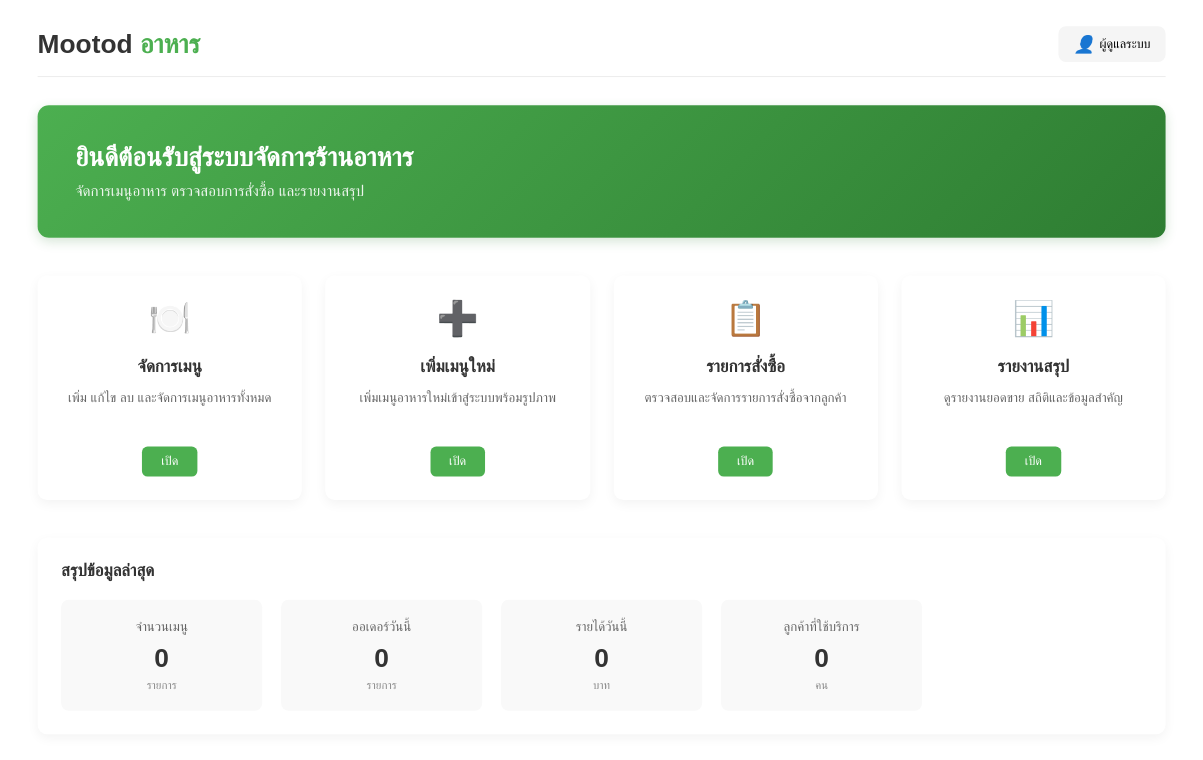
Repository: KwaunchaiJankaikot/mootod
Page: / (app in frontend/)
An editor plug-in stored every save of this project. The page is shown before and after a run of saves, followed by the edit.
The browser window is 1280 px wide. The pictures show the whole page, at 94% of full size.
The page's requests for data from a server got no answer. The project was rebuilt for these pictures with package versions that can differ from the ones it lists, and the page was loaded fresh each time. No one was signed in, and anything a server would have sent is missing. Also part of the build but not shown: frontend/vue.config.js, frontend/src/components/AddMenu.vue, frontend/src/components/MenuList.vue, frontend/src/components/EditMenu.vue.

Above is the page before, as saved 2025-04-19 23:09:51.

After the next 3 saves:
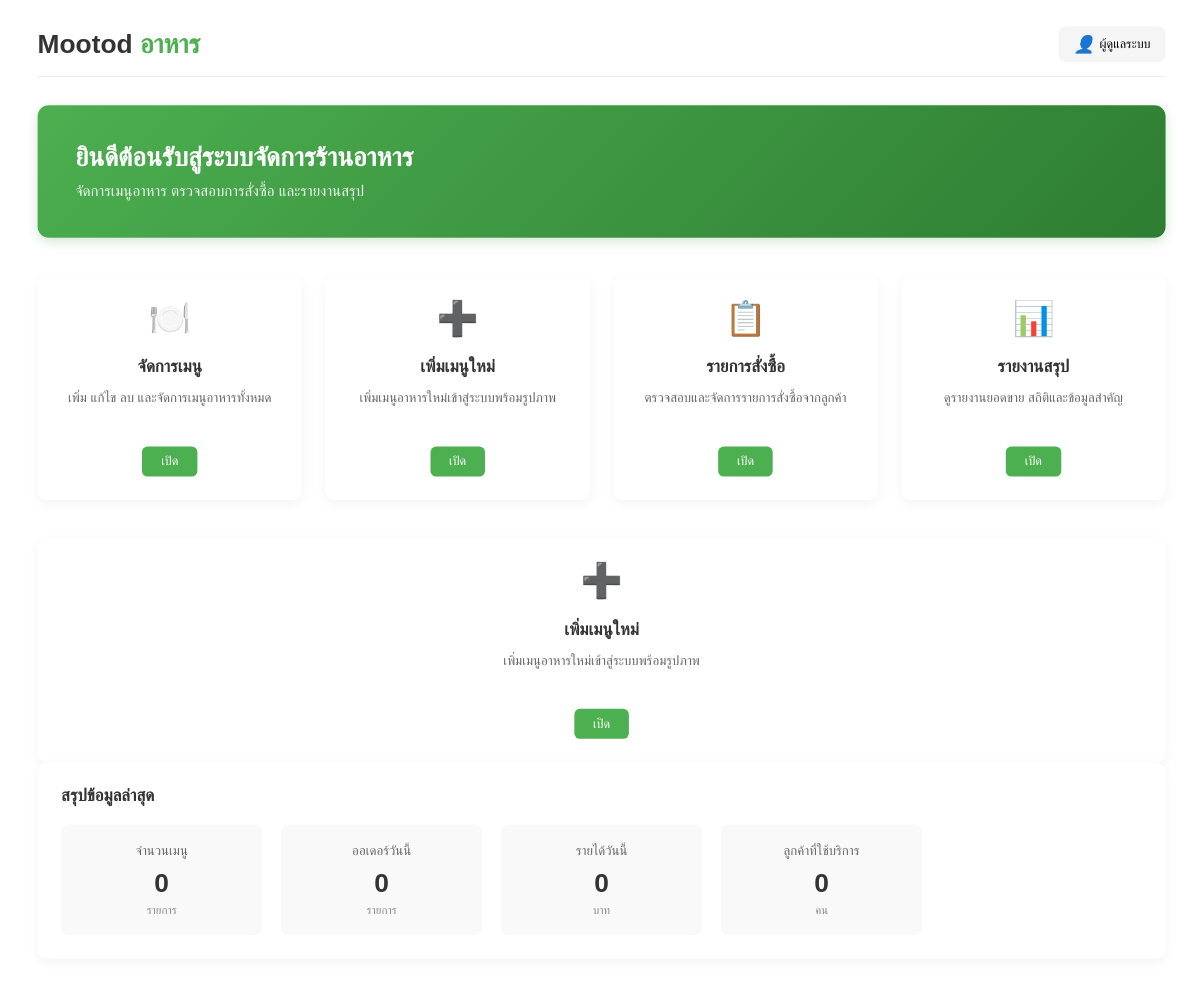
The 3 saves are shown as one change because they came seconds apart.
The last was saved 34 s later.
--- a/frontend/src/components/HomePage.vue
+++ b/frontend/src/components/HomePage.vue
@@ -48,6 +48,14 @@
         <p>ดูรายงานยอดขาย สถิติและข้อมูลสำคัญ</p>
         <button class="card-btn">เปิด</button>
       </div>
+    </div>
+
+    <div class="card" @click="goTo('order-page')">
+      <!-- เปลี่ยนจาก 'orders' เป็น 'order-page' -->
+      <div class="card-icon">➕</div>
+      <h3>เพิ่มเมนูใหม่</h3>
+      <p>เพิ่มเมนูอาหารใหม่เข้าสู่ระบบพร้อมรูปภาพ</p>
+      <button class="card-btn">เปิด</button>
     </div>
 
     <div class="quick-stats">
